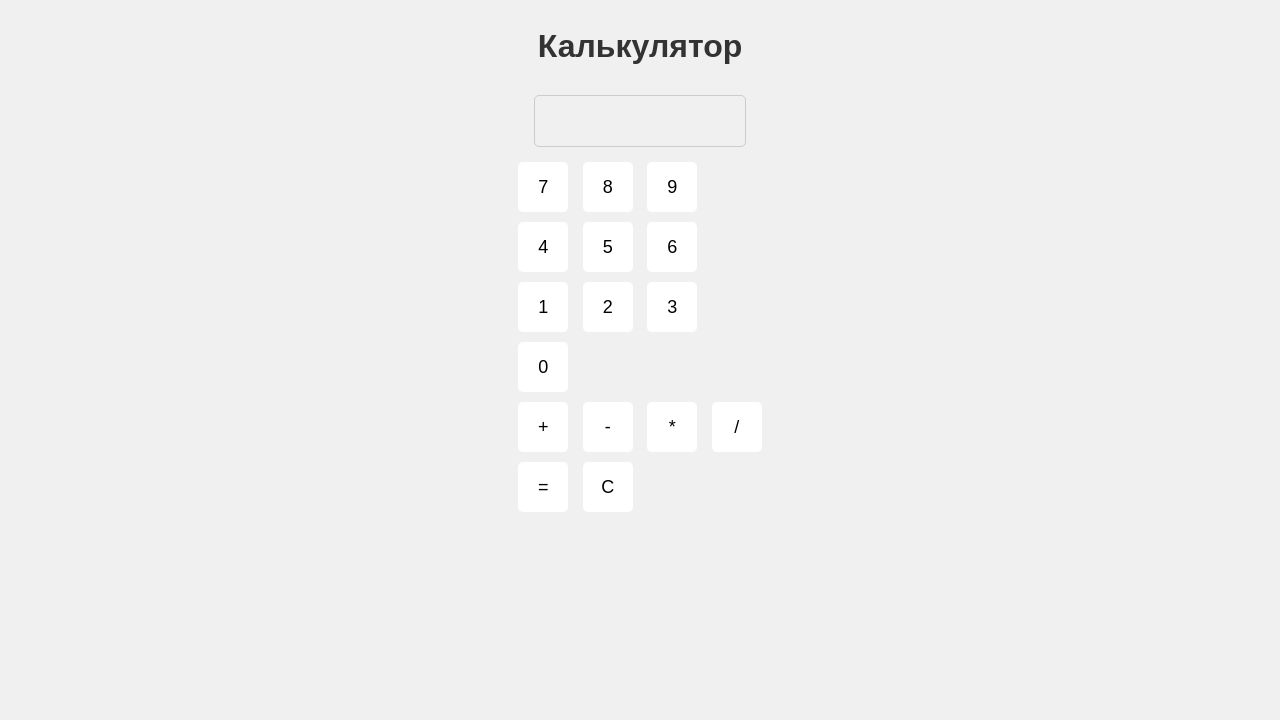
Repository: Burnmyheart/calculator
Page: index.html
The author's editor kept a copy of each file at every save. The page is drawn from the files as they stood at one save, then again after the next save.
The browser window is 1280 px wide. The pictures show the whole page.

Above is the page before, as saved 2025-04-28 18:45:45.

### index.html
<!DOCTYPE html>
<html lang="en">
  <head>
    <meta charset="UTF-8" />
    <meta name="viewport" content="width=device-width, initial-scale=1.0" />
    <title>Document</title>
    <link rel="stylesheet" href="style.css" />
  </head>
  <body>
    <h1>Калькулятор</h1>
    <input type="text" id="display" disabled />

    <div class="calculator">
      <div class="numbers">
        <button class="button" onclick="appendNumber('7')">7</button>
        <button class="button" onclick="appendNumber('8')">8</button>
        <button class="button" onclick="appendNumber('9')">9</button><br />

        <button class="button" onclick="appendNumber('4')">4</button>
        <button class="button" onclick="appendNumber('5')">5</button>
        <button class="button" onclick="appendNumber('6')">6</button><br />

        <button class="button" onclick="appendNumber('1')">1</button>
        <button class="button" onclick="appendNumber('2')">2</button>
        <button class="button" onclick="appendNumber('3')">3</button><br />

        <button class="button" onclick="appendNumber('0')">0</button>
      </div>

      <div class="operations">
        <button class="button" onclick="appendOperator('+')">+</button>
        <button class="button" onclick="appendOperator('-')">-</button>
        <button class="button" onclick="appendOperator('*')">*</button>
        <button class="button" onclick="appendOperator('/')">/</button><br />

        <button class="button" onclick="calculate()">=</button>
        <button class="button" onclick="clearOutput()">C</button>
      </div>
    </div>
  </body>
  <script src="script.js"></script>
</html>

### style.css
body {
  display: flex;
  flex-direction: column;
  align-items: center;
  font-family: Arial, sans-serif;
  background-color: #f0f0f0;
}

h1 {
  color: #333;
  margin: 20px 0;
}

#display {
  width: 200px;
  height: 40px;
  margin: 10px 0;
  font-size: 20px;
  text-align: right;
  padding: 5px;
  border: 1px solid #ccc;
  border-radius: 5px;
}

.button {
  width: 50px;
  height: 50px;
  margin: 5px;
  font-size: 18px;
  border: none;
  border-radius: 5px;
  background-color: #fff;
  cursor: pointer;
  transition: background-color 0.2s;
}

.button:hover {
  background-color: #e0e0e0;
}

.button:active {
  background-color: #d0d0d0;
}

### script.js
let display = document.getElementById("display");
let currentInput = "";
let firstNumber = null;
let operator = null;
let newNumber = true;

function appendNumber(num) {
  if (newNumber) {
    display.value = num;
    newNumber = false;
  } else {
    display.value += num;
  }
  currentInput = display.value;
}

function appendOperator(op) {
  if (firstNumber === null) {
    firstNumber = parseFloat(currentInput);
  } else if (!newNumber) {
    calculate();
  }
  operator = op;
  newNumber = true;
}

function calculate() {
  if (operator === null || newNumber) return;

  let secondNumber = parseFloat(currentInput);
  let result;

  switch (operator) {
    case "+":
      result = firstNumber + secondNumber;
      break;
    case "-":
      result = firstNumber - secondNumber;
      break;
    case "*":
      result = firstNumber * secondNumber;
      break;
    case "/":
      if (secondNumber === 0) {
        display.value = "Error";
        return;
      }
      result = firstNumber / secondNumber;
      break;
  }

  display.value = result;
  firstNumber = result;
  newNumber = true;
}

function clearOutput() {
  display.value = "";
  currentInput = "";
  firstNumber = null;
  operator = null;
  newNumber = true;
}

After the next save:
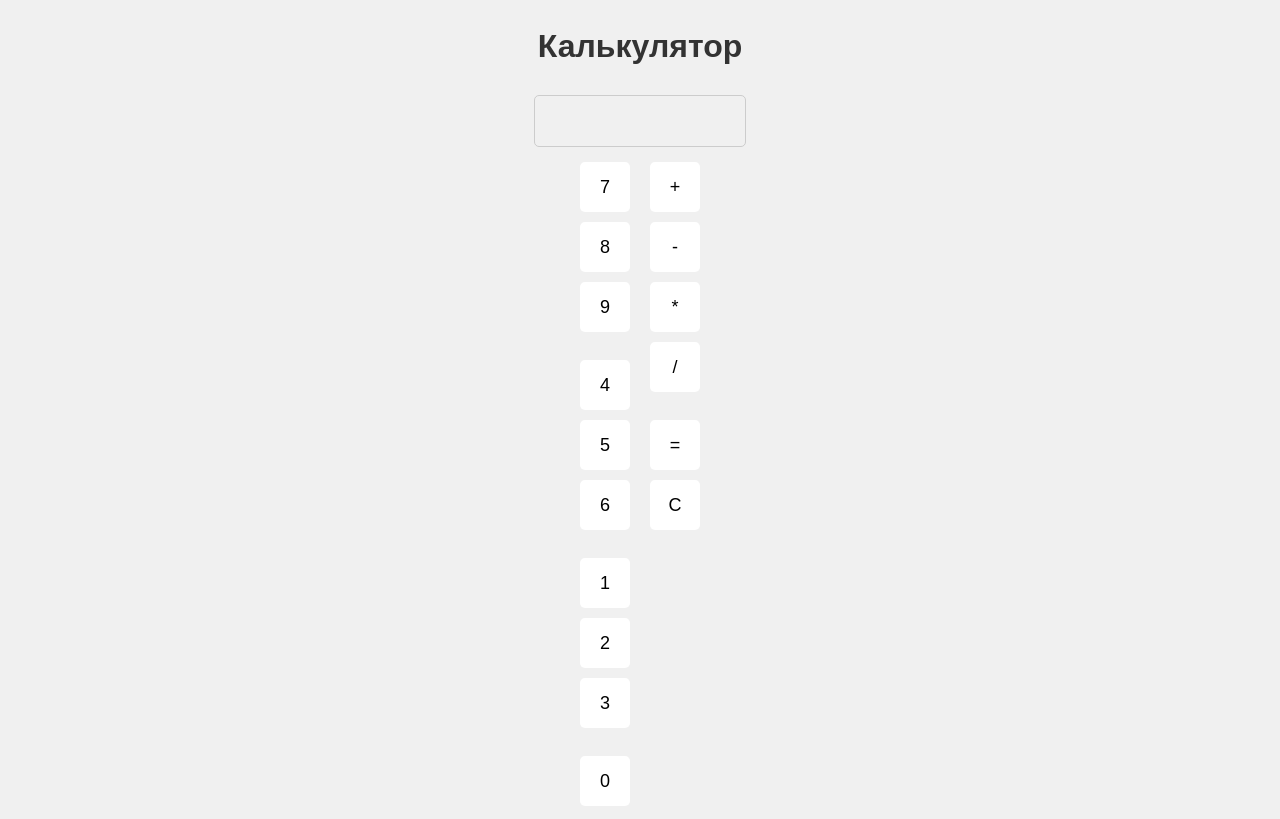
Saved 7 s later.
--- a/style.css
+++ b/style.css
@@ -22,6 +22,17 @@ h1 {
   border-radius: 5px;
 }
 
+.calculator {
+  display: flex;
+  gap: 10px;
+}
+
+.numbers,
+.operations {
+  display: flex;
+  flex-direction: column;
+}
+
 .button {
   width: 50px;
   height: 50px;
